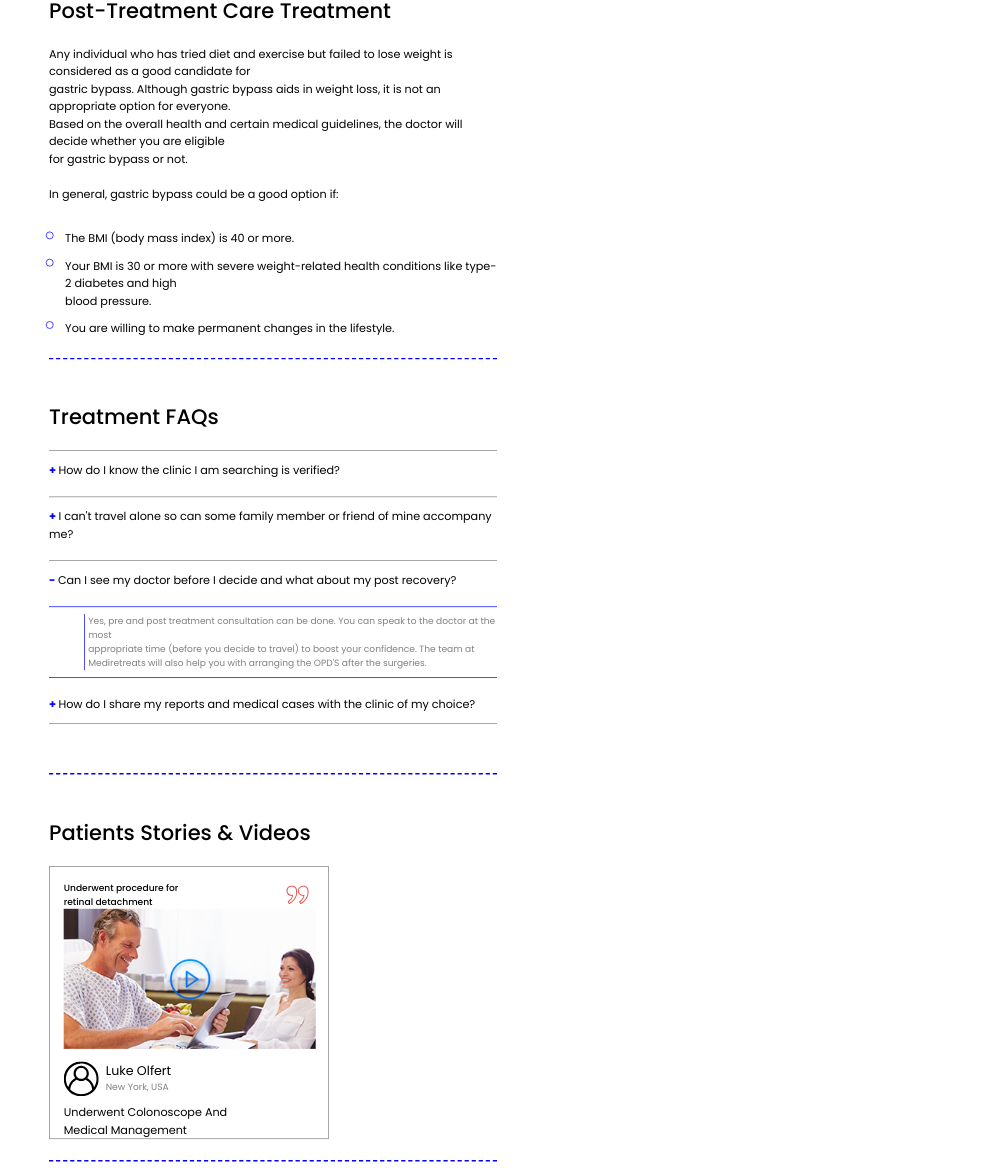
Repository: hetuk2005/webDevelopment
Page: Projects/Aafiya.html
The author's editor kept a copy of each file at every save. The page is drawn from the files as they stood at one save, then again after the next save.
The browser window is 1280 px wide. The page is 1438 px wide, so the pictures cover 1438 px, including what lies to the right of the window. The pictures show the part of the page from y = 3645 to 5365 px (the page is 5315 px tall before and 5365 px after), at 70% of full size.
Some web fonts or font styles are not loaded; a fallback is used.

Above is the page before, as saved 2025-04-08 19:42:20.

After the next save:
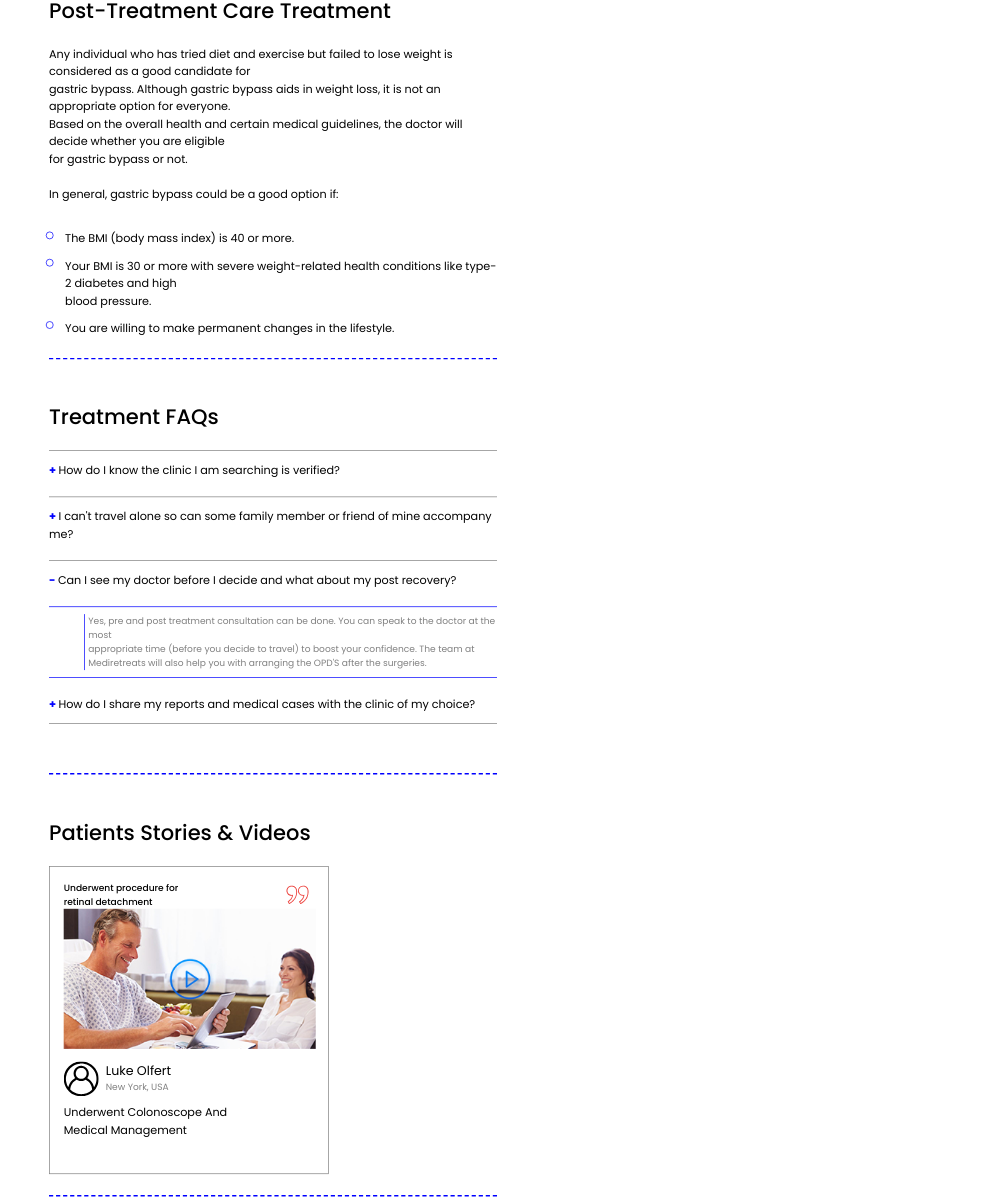
Saved 105 s later.
--- a/Projects/Aafiya.html
+++ b/Projects/Aafiya.html
@@ -269,7 +269,9 @@
             </div>
             <div class="text2">
                 <p class="stories_text">
-                    Underwent Colonoscope And<br> Medical Management</p>
+                    Underwent Colonoscope And<br> Medical Management
+                </p>
+                <br><br>
             </div>
             <div></div>
             <div></div>
